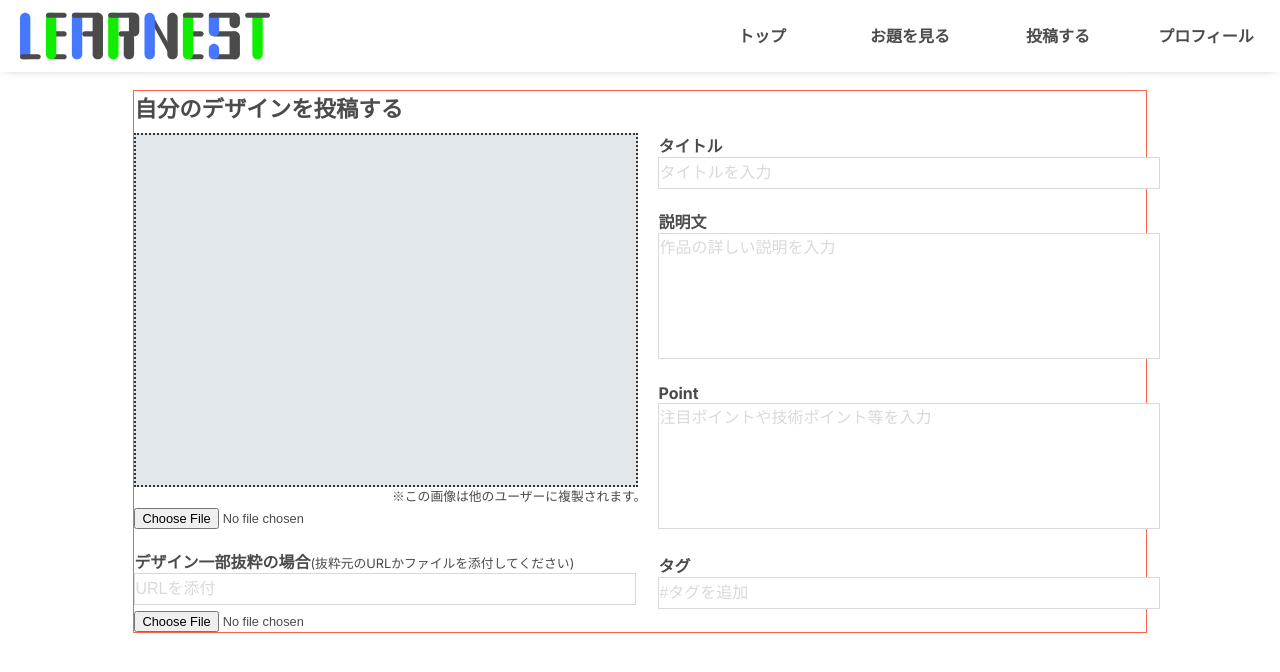
Repository: KawakamiAyaka/Learnest
Page: /inputPost
These files come from the project's save history. The page is drawn as it stood at one moment and after a run of saves; the edit follows.
The browser window is 1280 px wide. The pictures show the whole page.
The project was rebuilt for these pictures with package versions that can differ from the ones it lists, and the page was loaded fresh each time. The framework's server and built-in components were replaced by stand-ins that run in the browser. Also part of the build but not shown: next.config.mjs.

Above is the page before, as saved 2024-07-12 11:59:16.

After the next 3 saves:
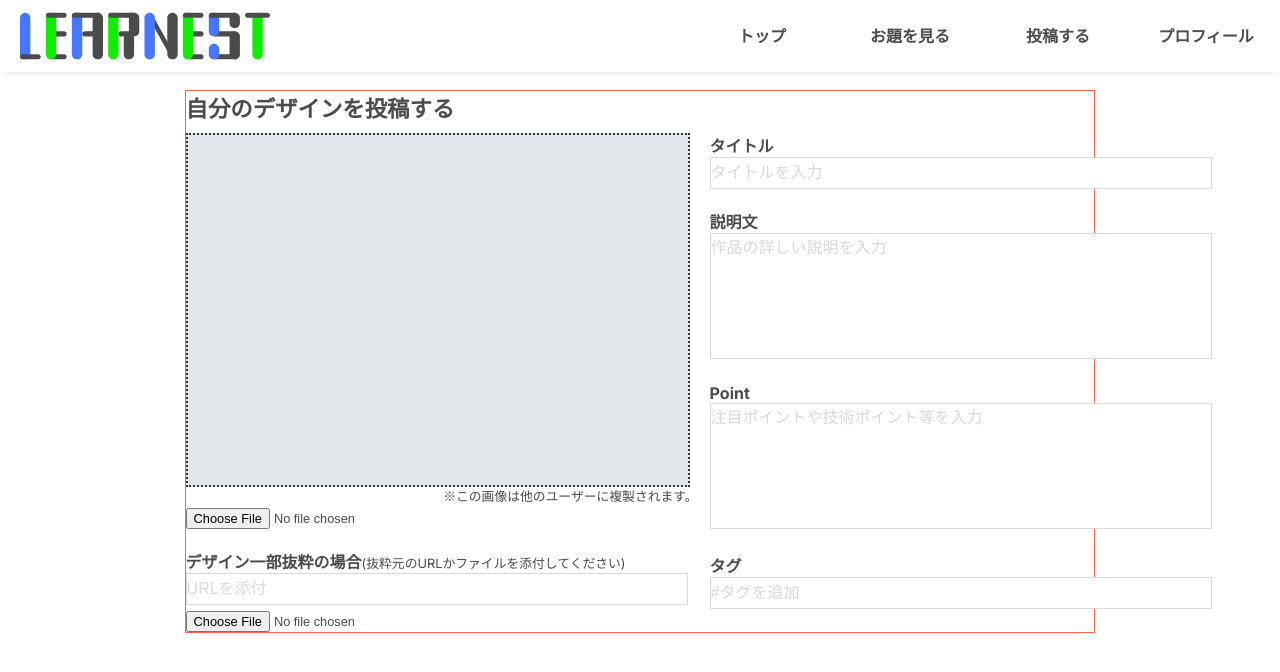
The 3 saves are shown as one change because they came seconds apart.
The last was saved 10 s later.
--- a/src/app/inputPost/inputPost.module.scss
+++ b/src/app/inputPost/inputPost.module.scss
@@ -1,7 +1,7 @@
 .input{
     margin: 0 auto;
     margin-top: 90px;
-    width: 79%;
+    width: 71%;
     border: 1px tomato solid;
     // display: flex;
     // flex-flow: column;
